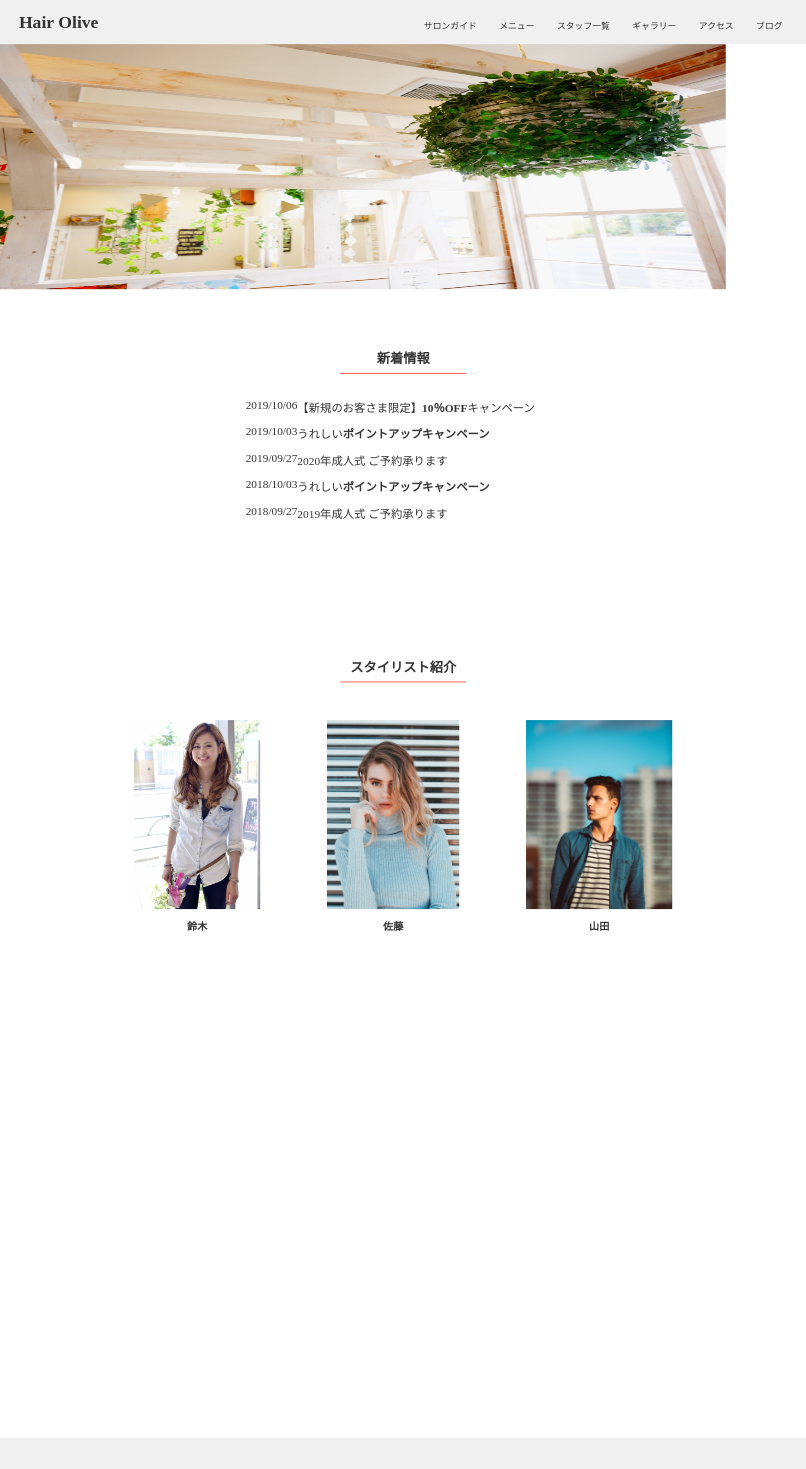
Repository: gorirawomen/first_app
Page: html_css/hair_olive/index.html
The author's editor kept a record of every edit. The page is drawn from the files as they stood at one moment, then again after the next edit.
The browser window is 1280 px wide. The pictures show the whole page, at 63% of full size.

Above is the page before.

After the next edit:
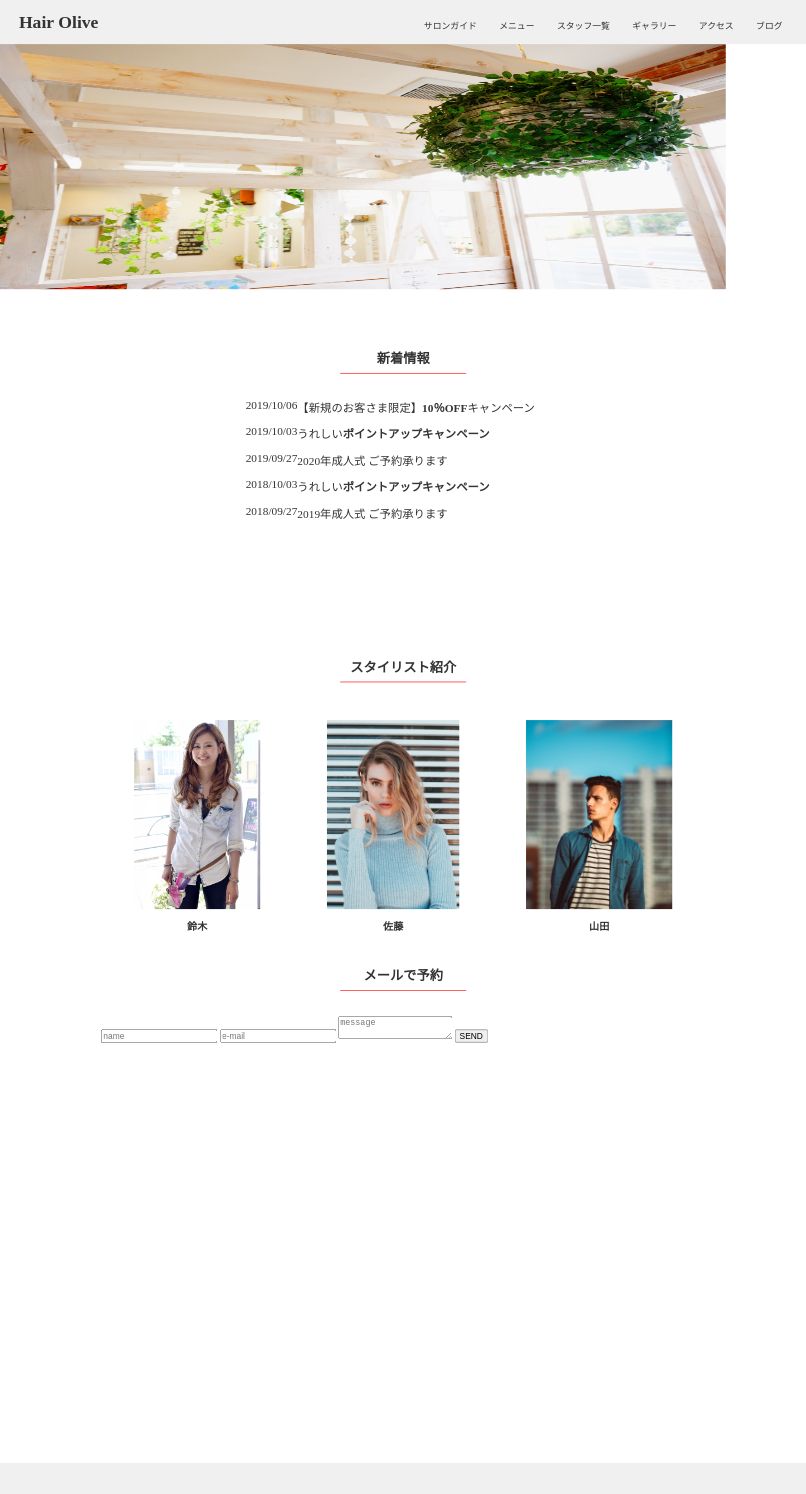
The edit:
--- a/html_css/hair_olive/index.html
+++ b/html_css/hair_olive/index.html
@@ -72,6 +72,13 @@
         <!-- 『スタイリスト紹介』を表示する -->
       </div>
       <div class="bottom-content">
+        <form class="contact-form">
+          <h2 class="heading-name">メールで予約</h2>
+          <input type="text" placeholder="name" class="small-field">
+          <input type="text" placeholder="e-mail" class="small-field">
+          <textarea placeholder="message" class="large-field"></textarea>
+          <input type="submit" value="SEND" class="send">
+        </form>
         <!-- 『フォーム』を表示する -->
       </div>
     </div>
